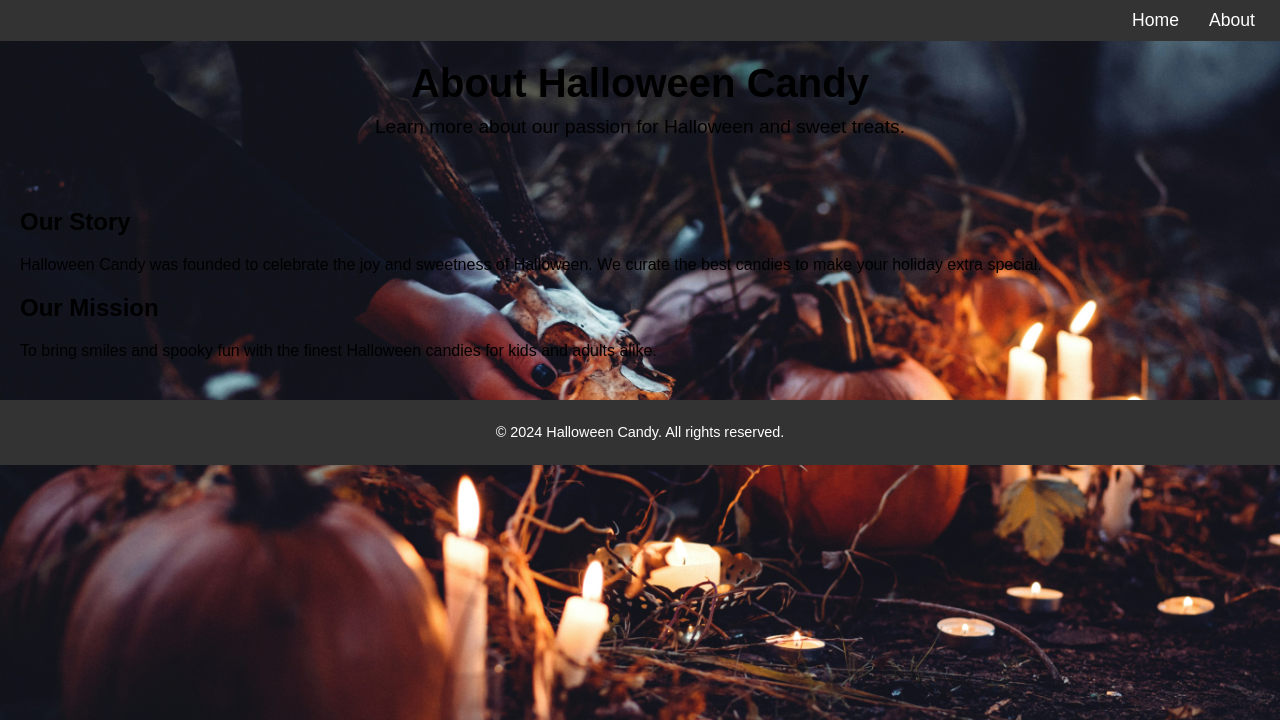
Repository: monicaifijeh/test2
Page: kyportfolio/src/aboutHallo.html
The author's editor kept a copy of each file at every save. The page is drawn from the files as they stood at one save, then again after a run of saves.
The browser window is 1280 px wide. The pictures show the whole page.

Above is the page before, as saved 2024-12-20 01:59:48.

After the next 3 saves:
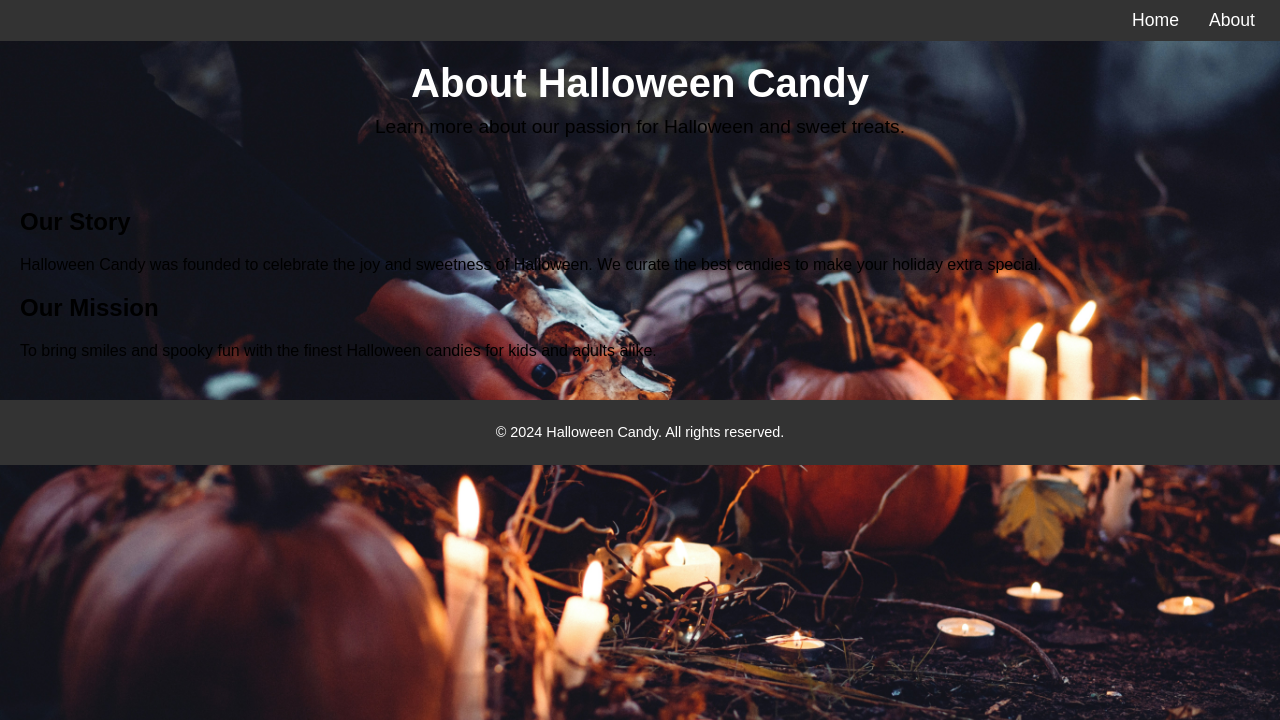
The 3 saves are shown as one change because they came seconds apart.
The last was saved 13 s later.
--- a/kyportfolio/src/kystyle.css
+++ b/kyportfolio/src/kystyle.css
@@ -16,7 +16,7 @@ header {
 header h1 {
     margin: 0;
     font-size: 2.5rem;
-    font-style: ;
+   color: #fff;
 }
 
 header p {
